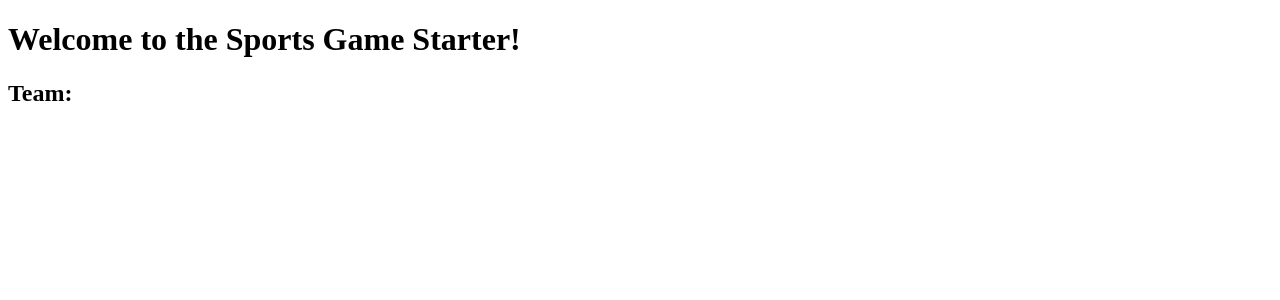
Repository: marcusmerrick/reactSportsGame
Page: index.html
An editor plug-in stored every save of this project. The page is shown before and after the next save, followed by the edit.
The browser window is 1280 px wide. The pictures show the whole page.
Some web libraries are served in a nearby version.

Above is the page before, as saved 2020-07-24 19:08:05.

After the next save:
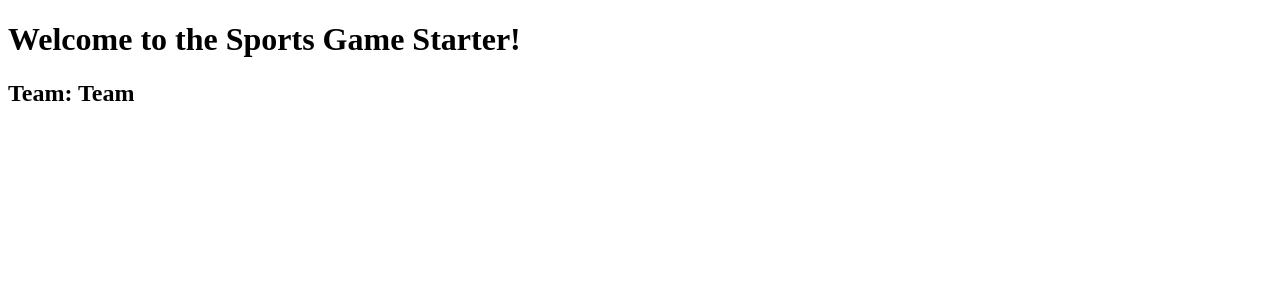
Saved 5 s later.
--- a/index.html
+++ b/index.html
@@ -31,7 +31,7 @@
             return (
                 <div>
                 <h1> Welcome to the Sports Game Starter!</h1>
-                <h2> Team:
+                <h2> Team: {Team.name}
                 </h2>
 
                 </div>
